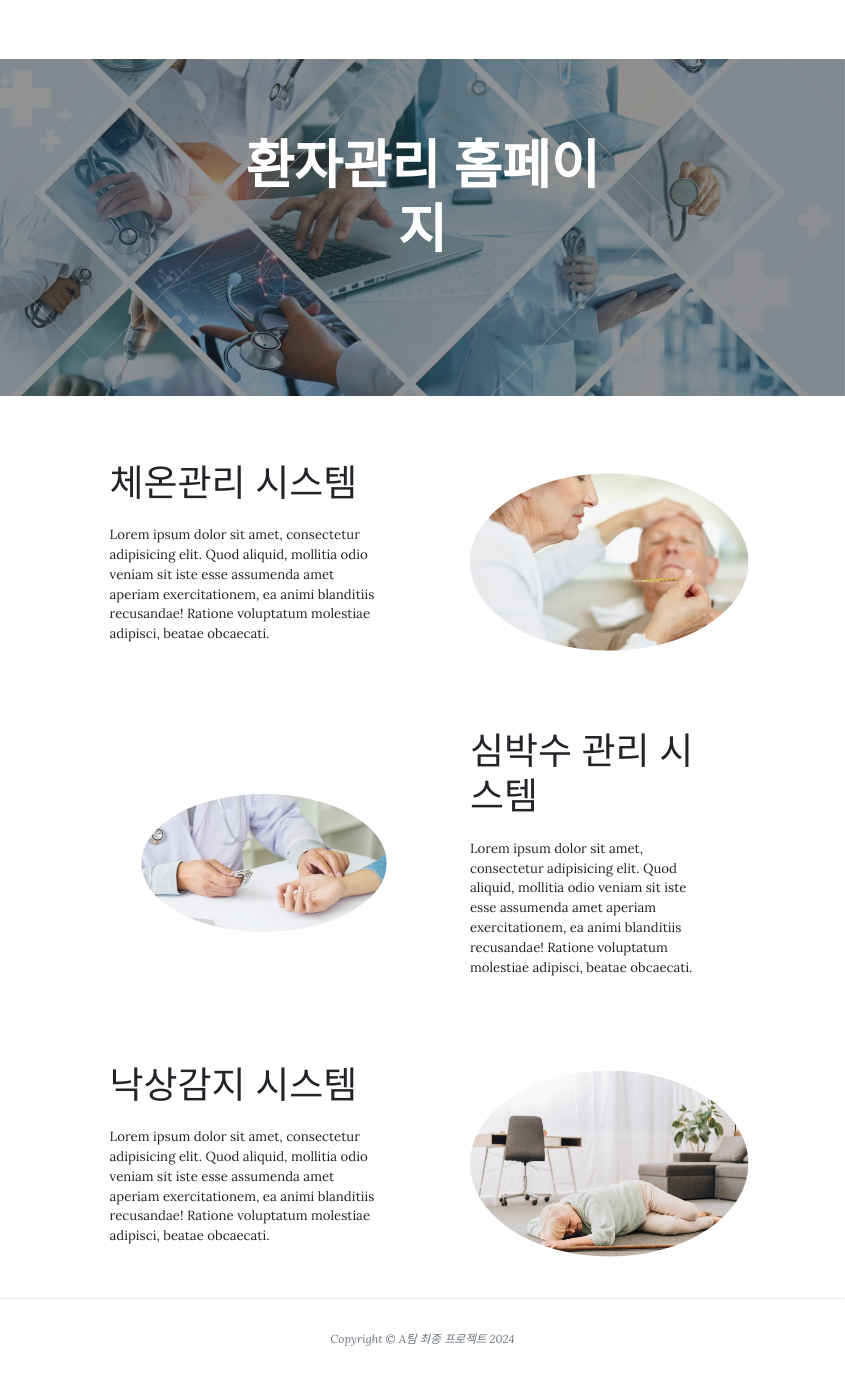
Repository: honsb91/project
Page: http://localhost/hospital/main.jsp
These files come from the project's save history. The page is drawn as it stood at one moment and after the next save; the edit follows.
The browser window is 1280 px wide. The pictures show the whole page, at 66% of full size.
Some web libraries are served in a nearby version. The page is served by Tomcat 9. Nobody is signed in. The application's start-up code is not run. Other server files are loaded and not shown.

Above is the page before, as saved 2024-01-24 03:37:18.

### hospital/src/main/webapp/main.jsp
<%@ page language="java" contentType="text/html; charset=UTF-8"
	pageEncoding="UTF-8"%>
<!DOCTYPE html>
<html>
<head>
<meta charset="UTF-8">
<title>Insert title here</title>
<head>
<meta charset="utf-8" />
<meta name="viewport"
	content="width=device-width, initial-scale=1, shrink-to-fit=no" />
<meta name="description" content="" />
<meta name="author" content="" />
<title>Clean Blog - Start Bootstrap Theme</title>
<link rel="icon" type="image/x-icon" href="resources/assets/favicon.ico" />
<!-- Font Awesome icons (free version)-->
<script src="https://use.fontawesome.com/releases/v6.3.0/js/all.js"
	crossorigin="anonymous"></script>
<!-- Google fonts-->
<link
	href="https://fonts.googleapis.com/css?family=Lora:400,700,400italic,700italic"
	rel="stylesheet" type="text/css" />
<link
	href="https://fonts.googleapis.com/css?family=Open+Sans:300italic,400italic,600italic,700italic,800italic,400,300,600,700,800"
	rel="stylesheet" type="text/css" />
<!-- Core theme CSS (includes Bootstrap)-->
<link href="resources/css/styles.css" rel="stylesheet" />
</head>
<body>
	<!-- Navigation-->
	<nav class="navbar navbar-expand-lg navbar-light" id="mainNav">
		<div class="container px-4 px-lg-5">
			<a class="navbar-brand" href="index.html">환자관리</a>
			<button class="navbar-toggler" type="button"
				data-bs-toggle="collapse" data-bs-target="#navbarResponsive"
				aria-controls="navbarResponsive" aria-expanded="false"
				aria-label="Toggle navigation">
				Menu <i class="fas fa-bars"></i>
			</button>
			<div class="collapse navbar-collapse" id="navbarResponsive">
				<ul class="navbar-nav ms-auto py-4 py-lg-0">
					<li class="nav-item"><a class="nav-link px-lg-3 py-3 py-lg-4" href="main">Home</a></li>
					<li class="nav-item"><a class="nav-link px-lg-3 py-3 py-lg-4" href="about.html">공지사항</a></li>
					<li class="nav-item"><a class="nav-link px-lg-3 py-3 py-lg-4" href="post.html">자주묻는질문</a></li>
					<li class="nav-item"><a class="nav-link px-lg-3 py-3 py-lg-4" href="member/login">로그인</a></li>
					<li class="nav-item"><a class="nav-link px-lg-3 py-3 py-lg-4" href="member/join">회원가입</a></li>
				</ul>
			</div>
		</div>
	</nav>
	<!-- Page Header-->
	<header class="masthead"
		style="background-image: url('resources/assets/img/test4.png')">
		<div class="container position-relative px-4 px-lg-5">
			<div class="row gx-4 gx-lg-5 justify-content-center">
				<div class="col-md-10 col-lg-8 col-xl-7">
					<div class="site-heading">
						<h1>환자관리 홈페이지</h1>
					</div>
				</div>
			</div>
		</div>
	</header>
	<!-- Main Content-->
	<section id="scroll">
            <div class="container px-5">
                <div class="row gx-5 align-items-center">
                    <div class="col-lg-6 order-lg-2">
                        <div class="p-5"><img class="img-fluid rounded-circle" src="resources/assets/img/ok8.jpg" alt="..."></div>
                    </div>
                    <div class="col-lg-6 order-lg-1">
                        <div class="p-5">
                            <h2 class="display-4">체온관리 시스템</h2>
                            <p>Lorem ipsum dolor sit amet, consectetur adipisicing elit. Quod aliquid, mollitia odio veniam sit iste esse assumenda amet aperiam exercitationem, ea animi blanditiis recusandae! Ratione voluptatum molestiae adipisci, beatae obcaecati.</p>
                        </div>
                    </div>
                </div>
                <section>
            <div class="container px-5">
                <div class="row gx-5 align-items-center">
                    <div class="col-lg-6">
                        <div class="p-5"><img class="img-fluid rounded-circle" src="resources/assets/img/ok9.jpg" alt="..."></div>
                    </div>
                    <div class="col-lg-6">
                        <div class="p-5">
                            <h2 class="display-4">심박수 관리 시스템</h2>
                            <p>Lorem ipsum dolor sit amet, consectetur adipisicing elit. Quod aliquid, mollitia odio veniam sit iste esse assumenda amet aperiam exercitationem, ea animi blanditiis recusandae! Ratione voluptatum molestiae adipisci, beatae obcaecati.</p>
                        </div>
                    </div>
                </div>
            </div>
        </section>
                <div class="row gx-5 align-items-center">
                    <div class="col-lg-6 order-lg-2">
                        <div class="p-5"><img class="img-fluid rounded-circle" src="resources/assets/img/ok11.jpg" alt="..."></div>
                    </div>
                    <div class="col-lg-6 order-lg-1">
                        <div class="p-5">
                            <h2 class="display-4">낙상감지 시스템</h2>
                            <p>Lorem ipsum dolor sit amet, consectetur adipisicing elit. Quod aliquid, mollitia odio veniam sit iste esse assumenda amet aperiam exercitationem, ea animi blanditiis recusandae! Ratione voluptatum molestiae adipisci, beatae obcaecati.</p>
                        </div>
                    </div>
                </div>
            </div>
        </section>
	<!-- Footer-->
	<footer class="border-top">
		<div class="container px-4 px-lg-5">
			<div class="row gx-4 gx-lg-5 justify-content-center">
				<div class="col-md-10 col-lg-8 col-xl-7">
					<div class="small text-center text-muted fst-italic">Copyright
						&copy; A팀 최종 프로젝트 2024</div>
				</div>
			</div>
		</div>
	</footer>
	<!-- Bootstrap core JS-->
	<script
		src="https://cdn.jsdelivr.net/npm/bootstrap@5.2.3/dist/js/bootstrap.bundle.min.js"></script>
	<!-- Core theme JS-->
	<script src="js/scripts.js"></script>
</body>
</html>

### hospital/src/main/webapp/resources/js/scripts.js
/*!
* Start Bootstrap - Clean Blog v6.0.9 (https://startbootstrap.com/theme/clean-blog)
* Copyright 2013-2023 Start Bootstrap
* Licensed under MIT (https://github.com/StartBootstrap/startbootstrap-clean-blog/blob/master/LICENSE)
*/
window.addEventListener('DOMContentLoaded', () => {
    let scrollPos = 0;
    const mainNav = document.getElementById('mainNav');
    const headerHeight = mainNav.clientHeight;
    window.addEventListener('scroll', function() {
        const currentTop = document.body.getBoundingClientRect().top * -1;
        if ( currentTop < scrollPos) {
            // Scrolling Up
            if (currentTop > 0 && mainNav.classList.contains('is-fixed')) {
                mainNav.classList.add('is-visible');
            } else {
                console.log(123);
                mainNav.classList.remove('is-visible', 'is-fixed');
            }
        } else {
            // Scrolling Down
            mainNav.classList.remove(['is-visible']);
            if (currentTop > headerHeight && !mainNav.classList.contains('is-fixed')) {
                mainNav.classList.add('is-fixed');
            }
        }
        scrollPos = currentTop;
    });
})

Loaded but not shown: hospital/src/main/webapp/resources/css/styles.css (library)

After the next save:
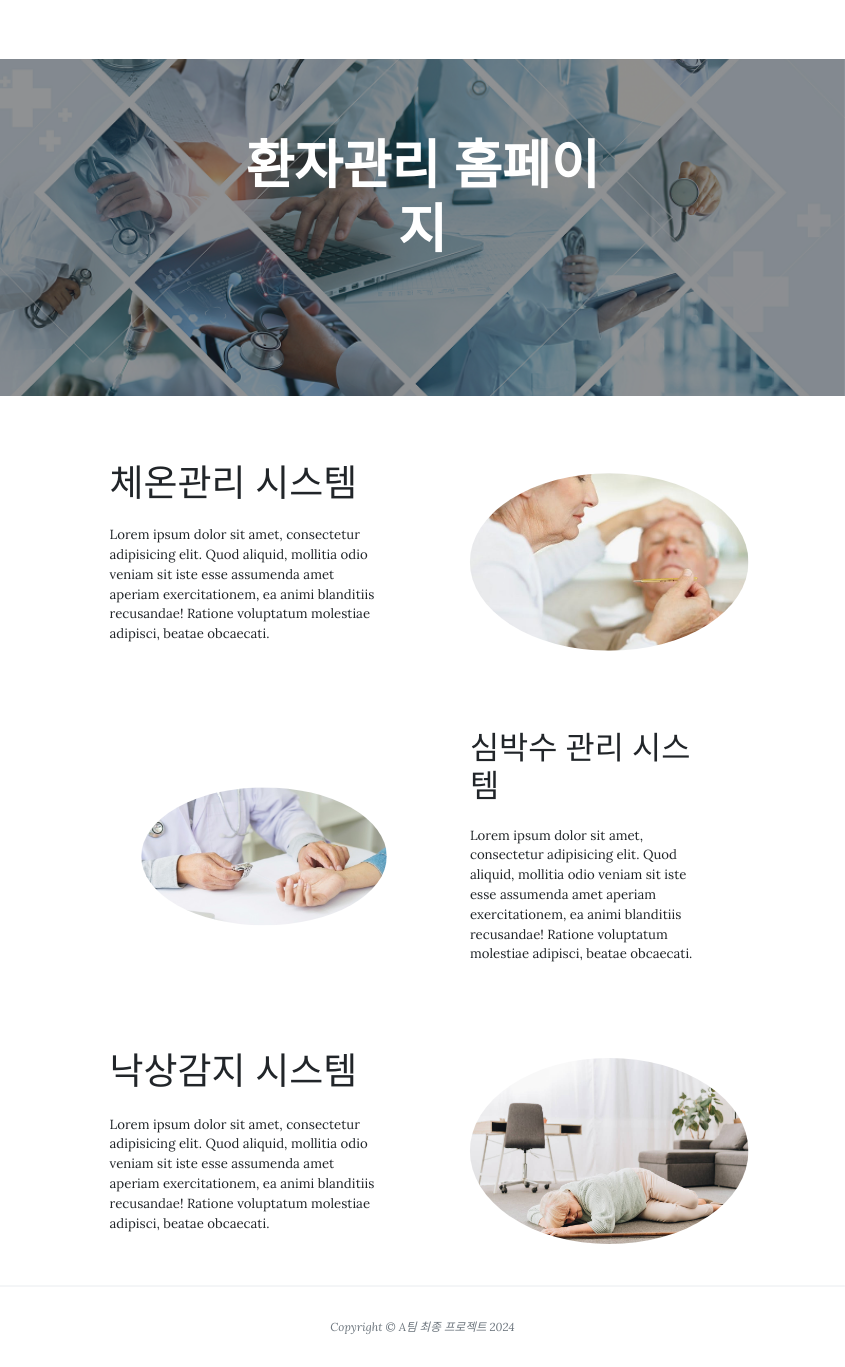
Saved 27 s later.
--- a/hospital/src/main/webapp/main.jsp
+++ b/hospital/src/main/webapp/main.jsp
@@ -83,7 +83,7 @@
                     </div>
                     <div class="col-lg-6">
                         <div class="p-5">
-                            <h2 class="display-4">심박수 관리 시스템</h2>
+                            <h2 class="display-5">심박수 관리 시스템</h2>
                             <p>Lorem ipsum dolor sit amet, consectetur adipisicing elit. Quod aliquid, mollitia odio veniam sit iste esse assumenda amet aperiam exercitationem, ea animi blanditiis recusandae! Ratione voluptatum molestiae adipisci, beatae obcaecati.</p>
                         </div>
                     </div>

After the save that followed:
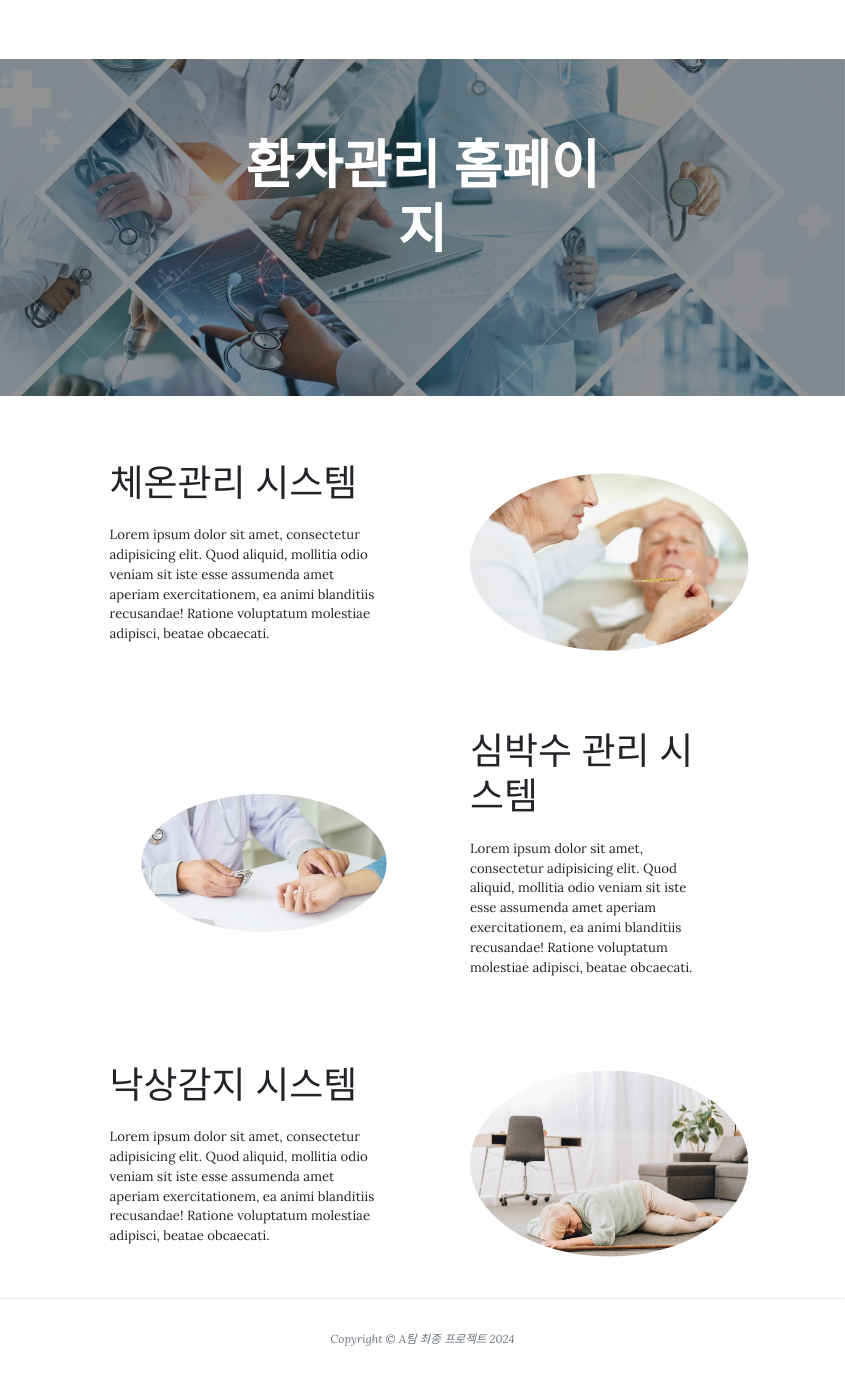
Saved 5 s later.
--- a/hospital/src/main/webapp/main.jsp
+++ b/hospital/src/main/webapp/main.jsp
@@ -83,7 +83,7 @@
                     </div>
                     <div class="col-lg-6">
                         <div class="p-5">
-                            <h2 class="display-5">심박수 관리 시스템</h2>
+                            <h2 class="display-4">심박수 관리 시스템</h2>
                             <p>Lorem ipsum dolor sit amet, consectetur adipisicing elit. Quod aliquid, mollitia odio veniam sit iste esse assumenda amet aperiam exercitationem, ea animi blanditiis recusandae! Ratione voluptatum molestiae adipisci, beatae obcaecati.</p>
                         </div>
                     </div>
